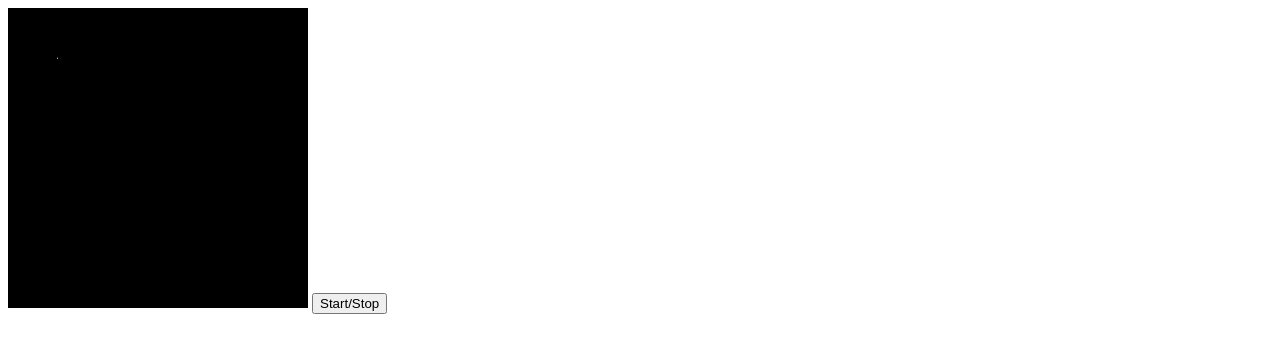
Repository: shadowroot/workspace
Page: http://localhost/test.php
These files come from the project's save history. The page is drawn as it stood at one moment and after the next save; the edit follows.
The browser window is 1280 px wide. The pictures show the whole page.
After loading, the first visible `#pause` was clicked once.
The page is run by PHP 8.4 with error messages shown; the project is at /var/www/html/.

Above is the page before, as saved 2012-02-08 19:29:18.

### javascript_achtung_die_kurve/test.php
<canvas id="gamespace" width="300" height="300" style="background: #000000;"></canvas>
<?php

?>
<script type="text/javascript">
function game(){
	var game = this;
	game.hero = null;


	game.canvas = document.getElementById("gamespace");
	game.ctx = game.canvas.getContext("2d");
	/*
	ctx.beginPath();
	ctx.moveTo(100,100);
	ctx.lineTo(101,101);
	ctx.lineTo(102,102);
	ctx.lineWidth = 10;
	ctx.strokeStyle = "black";
	ctx.stroke();
	ctx.fillStyle="#000000";
	ctx.fillRect(0,0,300,300);
	var data = ctx.getImageData(0,0,300,300);
	var i=0;

	for (i=0;i<=5;i++){
		//90% alfa
		if((data.data[i] | 0x00) != 0x00){
			document.write("collision");
		}

	}
	*/
	game.loop = function(){
		//console.log("Not Running");
		if(game.status){
			//console.log("Running");
			for(var i=0;i<=game.hero.length-1;i++){
				game.change_vector(i);
				game.draw(i);
				game.collision_lookup(i);
			}
		}
	};
	game.init = function(){
		game.hero = new Array();
		console.log("init");
		game.status = false;
		/*18*/

		game.butt = document.createElement("input");
		game.butt.type = "button";
		game.butt.id="pause";
		game.butt.value="Start/Stop";
		game.butt.onclick = function(){
			if(!game.status){
				game.status = true;

			}
			else{
				game.status = false;
			}
			game.hero.push({
				/*
					Start coordinates
				*/
			name:"Jonny",
			running:true,
			x:50,
			y:50,
			points:new Array(),
			//[x,y] vector
			direction:new Array(0,0),
			angle:90,
			color:"#ffffff"
			});

		};
		document.getElementsByTagName("body")[0].appendChild(game.butt);
		window.document.onkeydown = function(e){
			console.log(e.keyCode);
			switch(e.keyCode){
				case 81/*q*/:

					game.hero[0].angle++;
					break;
				case 87/*w*/:
					game.hero[0].angle--;
					break;
				case 102/*f*/:

					break;
				case 103/*g*/:

					break;
				default:
					break;
			}

		};
	};
	game.draw = function(i){
		if(game.hero[i].running){
			var x = game.hero[i].x+game.hero[i].direction[0];
			var y = game.hero[i].y+game.hero[i].direction[1];
			game.ctx.moveTo(game.hero[i].x,game.hero[i].y);
			if(game.ctx.getImageData(x,y,1,1).data[0] != 0 || game.ctx.getImageData(x,y,1,1).data[1] != 0 ||
					 game.ctx.getImageData(x,y,1,1).data[2] != 0 || game.ctx.getImageData(x,y,1,1)[3] != 0 || x>game.canvas.width || x<0 ||
					y>game.canvas.height || y<0
					 ){
					game.hero[i].running = false;
					console.log(game.hero[i].name);
			}
			game.ctx.lineTo(x,y);

			game.ctx.strokeStyle=game.hero[i].color;
			game.ctx.stroke();

			game.hero[i].x = x;
			game.hero[i].y = y;
		}////next point color check && frame limits

	};
	game.change_vector = function(i){
		if(game.hero[i].running){
			var x = Math.cos(game.hero[i].angle/10);
			var y = Math.sin(game.hero[i].angle/10);

			game.hero[i].direction = [x,y];

		}
	};
	game.collision_lookup = function(i){
		if(game.hero[i].running){

		}
	};
}
/*
 * Constructor
 */
var curve = new game();
curve.init();
setInterval("curve.loop()","20");

/*
 * Controllers

 sin 5° =  0,0872
 */

</script>

After the next save:
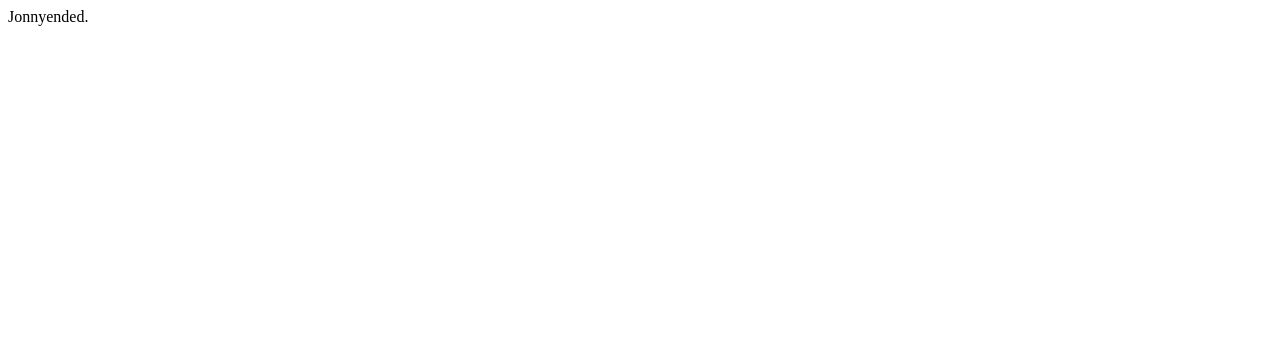
Saved 57 s later.
--- a/javascript_achtung_die_kurve/test.php
+++ b/javascript_achtung_die_kurve/test.php
@@ -109,7 +109,8 @@
 					y>game.canvas.height || y<0
 					 ){
 					game.hero[i].running = false;
-					console.log(game.hero[i].name);
+					console.log(game.hero[i].name+ "ended.");
+					document.write(game.hero[i].name+ "ended.");
 			}
 			game.ctx.lineTo(x,y);
 

After the 2 saves that followed:
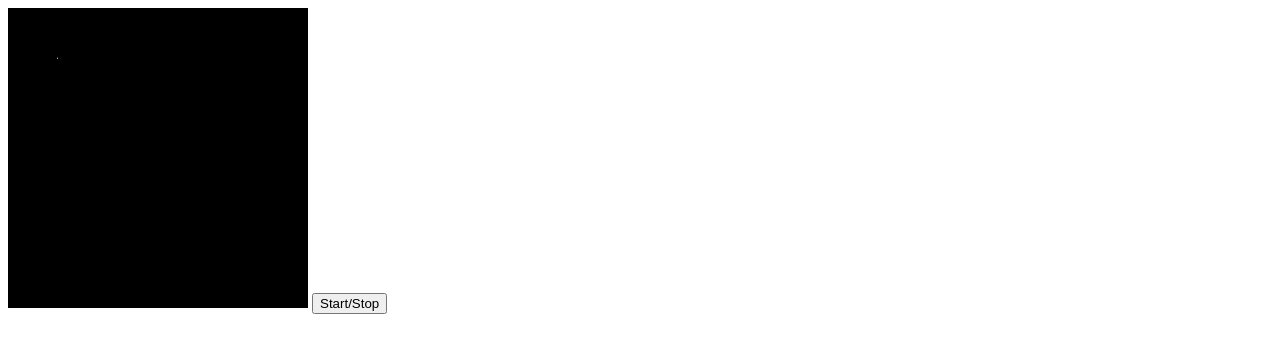
The 2 saves are shown as one change because 1 left the picture as it was.
The last was saved 3 min 2 s later.
--- a/javascript_achtung_die_kurve/test.php
+++ b/javascript_achtung_die_kurve/test.php
@@ -1,4 +1,5 @@
-<canvas id="gamespace" width="300" height="300" style="background: #000000;"></canvas>
+<canvas id="gamespace" width="300" height="300"
+	style="background: #000000;"></canvas>
 <?php
 
 ?>
@@ -110,7 +111,7 @@
 					 ){
 					game.hero[i].running = false;
 					console.log(game.hero[i].name+ "ended.");
-					document.write(game.hero[i].name+ "ended.");
+					var div = document.createElement("div");
 			}
 			game.ctx.lineTo(x,y);
 
